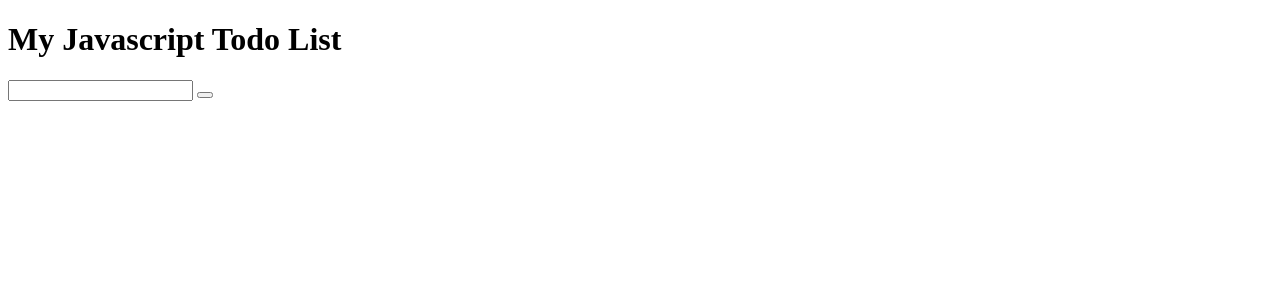
Repository: LuisMiLR/JavaScript-Todo-List
Page: index.html
The author's editor kept a copy of each file at every save. The page is drawn from the files as they stood at one save, then again after the next save.
The browser window is 1280 px wide. The pictures show the whole page.

Above is the page before, as saved 2023-05-01 13:08:29.

After the next save:
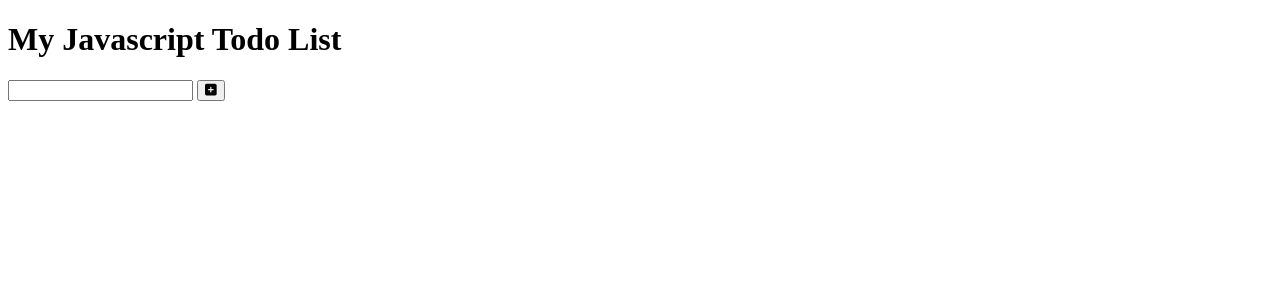
Saved 2 min 32 s later.
--- a/index.html
+++ b/index.html
@@ -16,7 +16,9 @@
     </header>
     <form>
         <input type="text" class="todo-input">
-        <button class="todo-button" type="submit"></button>
+        <button class="todo-button" type="submit">
+            <i class="fa-solid fa-square-plus"></i>
+        </button>
     </form>
 
 

After the 3 saves that followed:
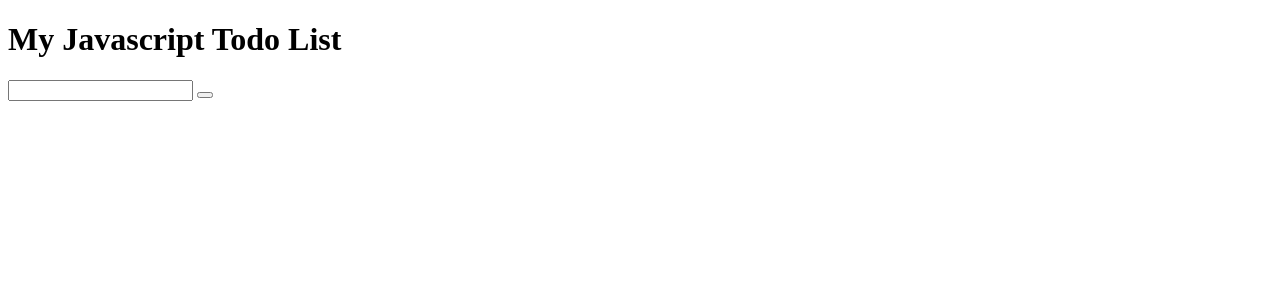
The 3 saves are shown as one change because 1 left the picture as it was and some came seconds apart.
The last was saved 78 s later.
--- a/index.html
+++ b/index.html
@@ -7,7 +7,7 @@
     <title>My Javascript Todo List</title>
     <link rel="stylesheet" href="style.css">
     <link href="https://fonts.googleapis.com/css2?family=Orbitron:wght@400;700&family=Poppins:wght@200;400&display=swap" rel="stylesheet">
-    <script src="https://cdnjs.cloudflare.com/ajax/libs/font-awesome/6.4.0/js/all.min.js" integrity="sha512-fD9DI5bZwQxOi7MhYWnnNPlvXdp/2Pj3XSTRrFs5FQa4mizyGLnJcN6tuvUS6LbmgN1ut+XGSABKvjN0H6Aoow==" crossorigin="anonymous" referrerpolicy="no-referrer"></script>
+
 </head>
 <body>
 
@@ -17,7 +17,7 @@
     <form>
         <input type="text" class="todo-input">
         <button class="todo-button" type="submit">
-            <i class="fa-solid fa-square-plus"></i>
+        <i class="fa-solid fa-square-plus"></i>
         </button>
     </form>
 
